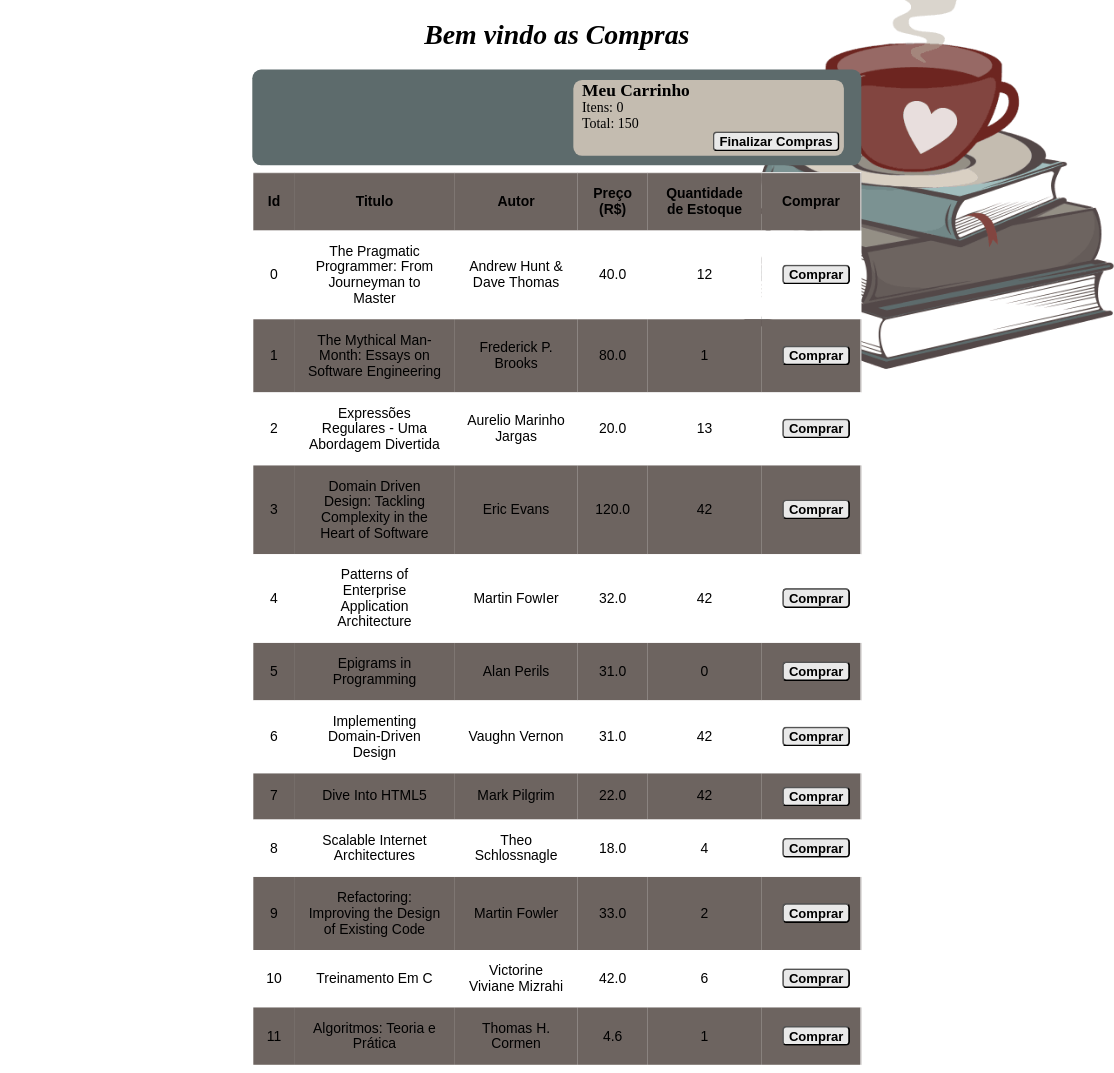
Repository: gabriellacrystina/ProjetoTegra
Page: http://localhost/book-store/Produtos
The author's editor kept a copy of each file at every save. The page is drawn from the files as they stood at one save, then again after the next save.
The browser window is 1280 px wide. The pictures show the whole page, at 87% of full size.
Backgrounds fixed to the window are drawn as part of the page. The page is served by Tomcat 9.

Above is the page before, as saved 2016-07-04 17:46:48.

After the next save:
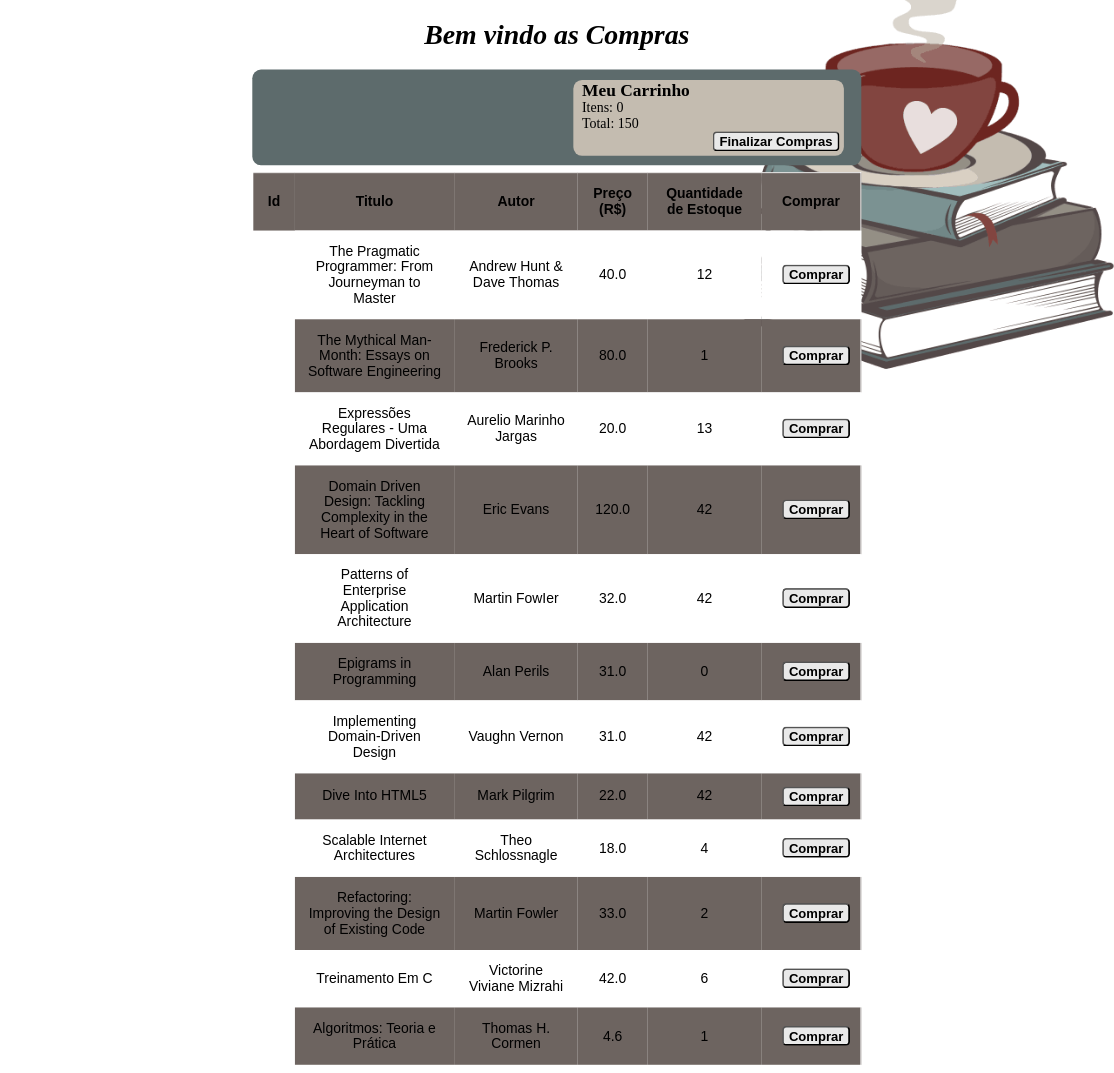
Saved 2 min 16 s later.
--- a/book-store/WebContent/book_store_stile.css
+++ b/book-store/WebContent/book_store_stile.css
@@ -36,6 +36,10 @@ h1 {
 th, td {
     padding: 15px;
     text-align: center;
+}
+
+td.id-livro {
+	visibility: collapse;
 }
 
 .meu-carrinho{
